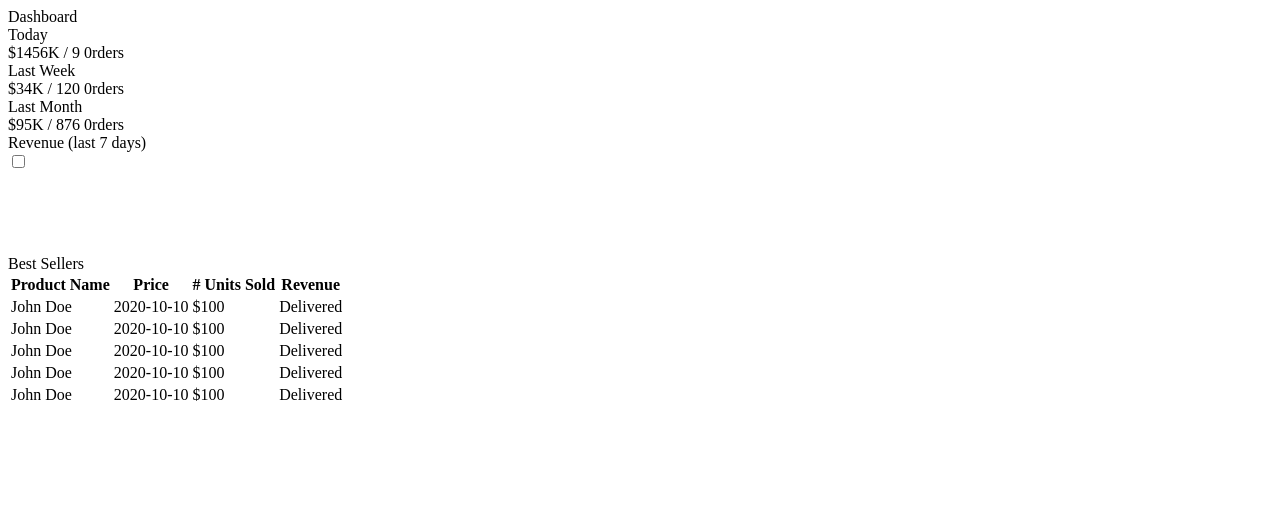
Repository: cjaymoni/FE_Submission02
Page: views/dashboard/dashboard.html
An editor plug-in stored every save of this project. The page is shown before and after the next save, followed by the edit.
The browser window is 1280 px wide. The pictures show the whole page.

Above is the page before, as saved 2022-10-03 09:44:08.

### views/dashboard/dashboard.html
<div class="content">
  <div class="container">
    <div class="order-header-text">
      <span>Dashboard</span>
    </div>
  </div>

  <div class="container">
    <div class="dashboard-card">
      <div class="dashboard-card-header">
        <div class="dashboard-card-header-text">
          <span>Today</span>
        </div>
        <div class="dashboard-card-header-img">
          <i class="fas fa-calendar-day"></i>
        </div>
      </div>
      <div class="dashboard-card-body">
        <div class="dashboard-card-body-text">
          <span>$1456K / 9 0rders</span>
        </div>
      </div>
    </div>
    <div class="dashboard-card">
      <div class="dashboard-card-header">
        <div class="dashboard-card-header-text">
          <span>Last Week</span>
        </div>
        <div class="dashboard-card-header-img">
          <i class="fas fa-calendar-week"></i>
        </div>
      </div>
      <div class="dashboard-card-body">
        <div class="dashboard-card-body-text">
          <span>$34K / 120 0rders</span>
        </div>
      </div>
    </div>
    <div class="dashboard-card">
      <div class="dashboard-card-header">
        <div class="dashboard-card-header-text">
          <span>Last Month</span>
        </div>
        <div class="dashboard-card-header-img">
          <i class="fas fa-calendar-days"></i>
        </div>
      </div>
      <div class="dashboard-card-body">
        <div class="dashboard-card-body-text">
          <span>$95K / 876 0rders</span>
        </div>
      </div>
    </div>
  </div>

  <div class="container">
    <div class="order-header-text">
      <span>Revenue (last 7 days)</span>
    </div>
    <div>
      <label class="switch">
        <input type="checkbox" id="toggleButton" name="toggleButton" />
        <span class="slider round"></span>
      </label>
    </div>
    <canvas id="myChart" width="200" height="80"></canvas>
    <canvas id="monthChart" width="200" height="80"></canvas>
  </div>

  <div class="container-col">
    <div>
      <span>Best Sellers</span>
    </div>
    <table>
      <thead>
        <tr>
          <th>Product Name</th>
          <th>Price</th>
          <th># Units Sold</th>
          <th>Revenue</th>
        </tr>
      </thead>
      <tbody>
        <tr>
          <td>John Doe</td>
          <td>2020-10-10</td>
          <td>$100</td>
          <td>Delivered</td>
        </tr>
        <tr>
          <td>John Doe</td>
          <td>2020-10-10</td>
          <td>$100</td>
          <td>Delivered</td>
        </tr>
        <tr>
          <td>John Doe</td>
          <td>2020-10-10</td>
          <td>$100</td>
          <td>Delivered</td>
        </tr>
        <tr>
          <td>John Doe</td>
          <td>2020-10-10</td>
          <td>$100</td>
          <td>Delivered</td>
        </tr>

        <tr>
          <td>John Doe</td>
          <td>2020-10-10</td>
          <td>$100</td>
          <td>Delivered</td>
        </tr>
      </tbody>
    </table>
  </div>
</div>

<script src="js/chart.js" defer></script>

Loaded but not shown: src/js/chart.js (no copy from this time; the picture is the same without it)

After the next save:
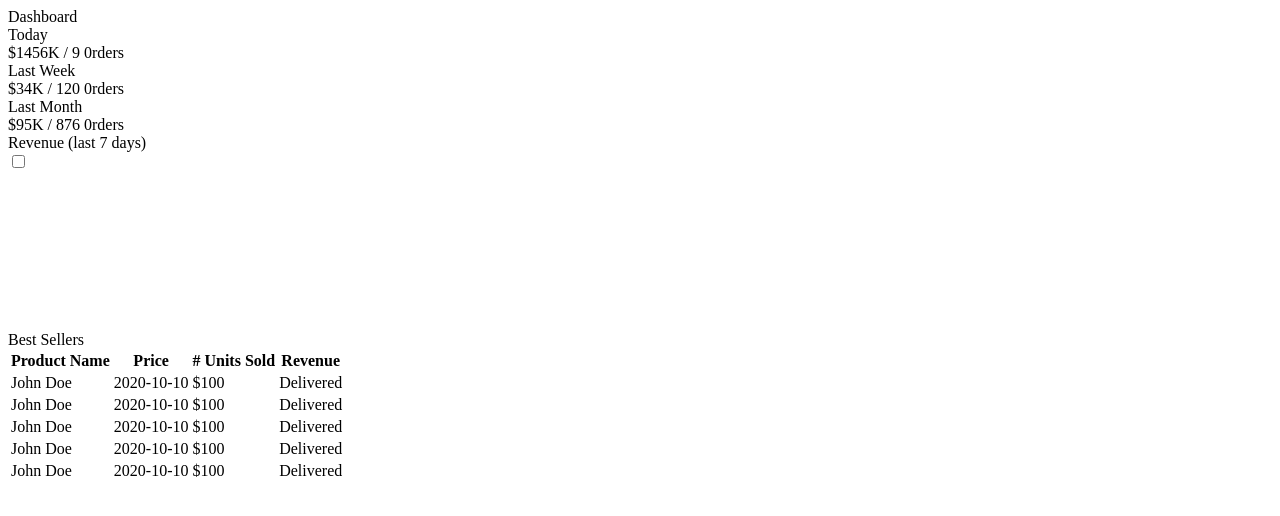
Saved 10 min 48 s later.
--- a/views/dashboard/dashboard.html
+++ b/views/dashboard/dashboard.html
@@ -63,8 +63,12 @@
         <span class="slider round"></span>
       </label>
     </div>
-    <canvas id="myChart" width="200" height="80"></canvas>
-    <canvas id="monthChart" width="200" height="80"></canvas>
+    <div id="weeklyChartContainer">
+      <canvas id="myChart" width="200" height="80"></canvas>
+    </div>
+    <div id="monthlyChartContainer">
+      <canvas id="monthChart" width="200" height="80"></canvas>
+    </div>
   </div>
 
   <div class="container-col">
